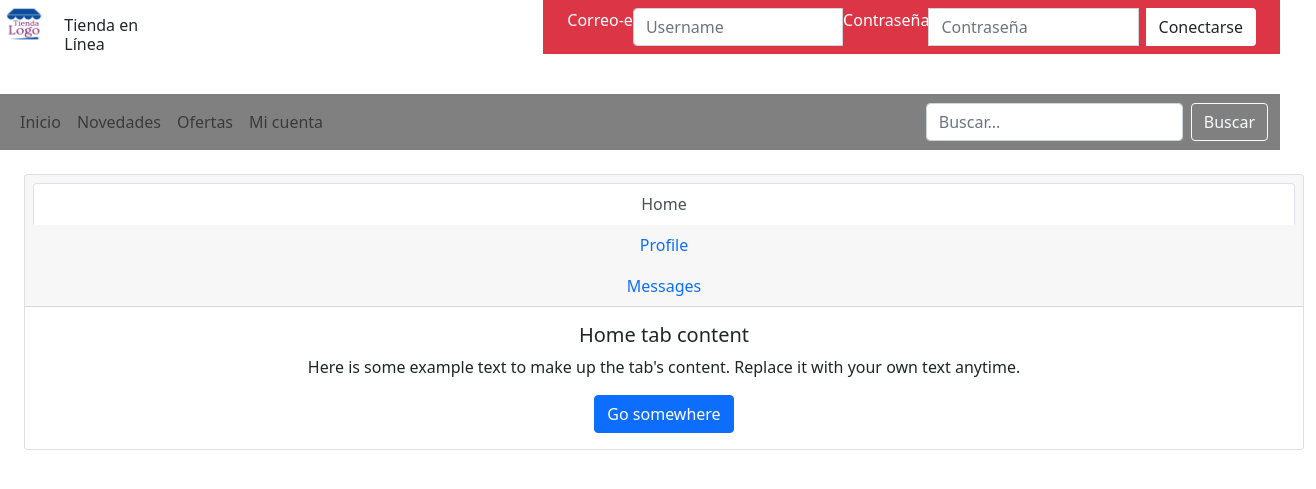
Repository: nicorp00/bootstrapSass
Page: Main/index.html
These files come from the project's save history. The page is drawn as it stood at one moment and after the next save; the edit follows.
The browser window is 1280 px wide. The page is 1316 px wide, so the pictures cover 1316 px, including what lies to the right of the window. The pictures show the whole page.
The style sheet was rebuilt from its Sass, Less or Tailwind sources for each picture, by a compiler version that may differ from the author's.

Above is the page before, as saved 2022-03-25 11:33:35.

After the next save:
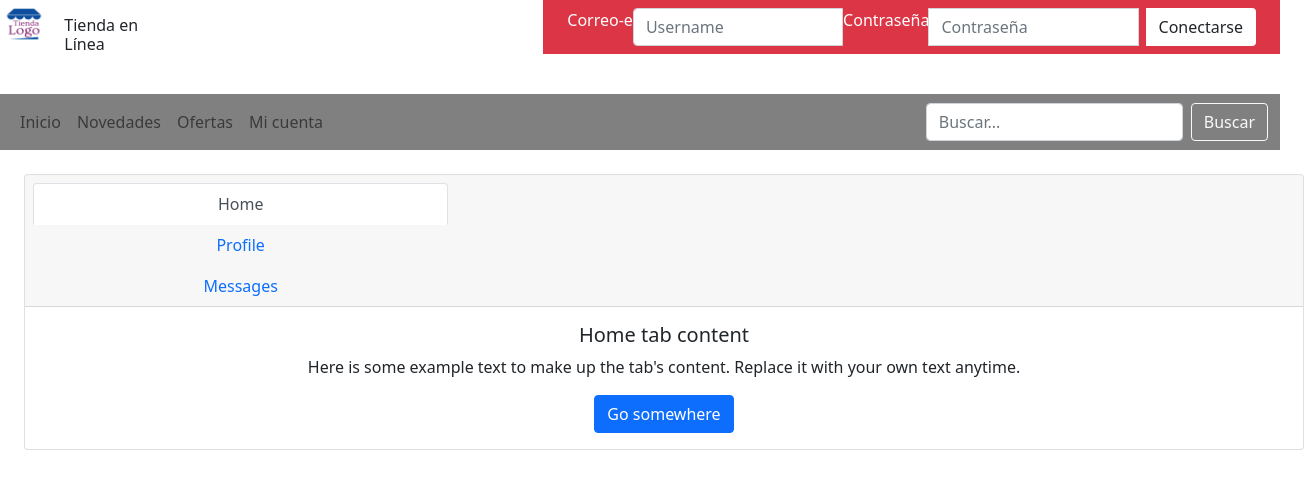
Saved 8 s later.
--- a/Main/index.html
+++ b/Main/index.html
@@ -74,7 +74,7 @@
             <div class="m-4">
                 <div class="card text-center">
                     <div class="card-header">
-                        <ul class="nav nav-tabs card-header-tabs flex-column" id="myTab">
+                        <ul class="nav nav-tabs card-header-tabs flex-column col-4" id="myTab">
                             <li class="nav-item">
                                 <a href="#home" class="nav-link active" data-bs-toggle="tab">Home</a>
                             </li>
